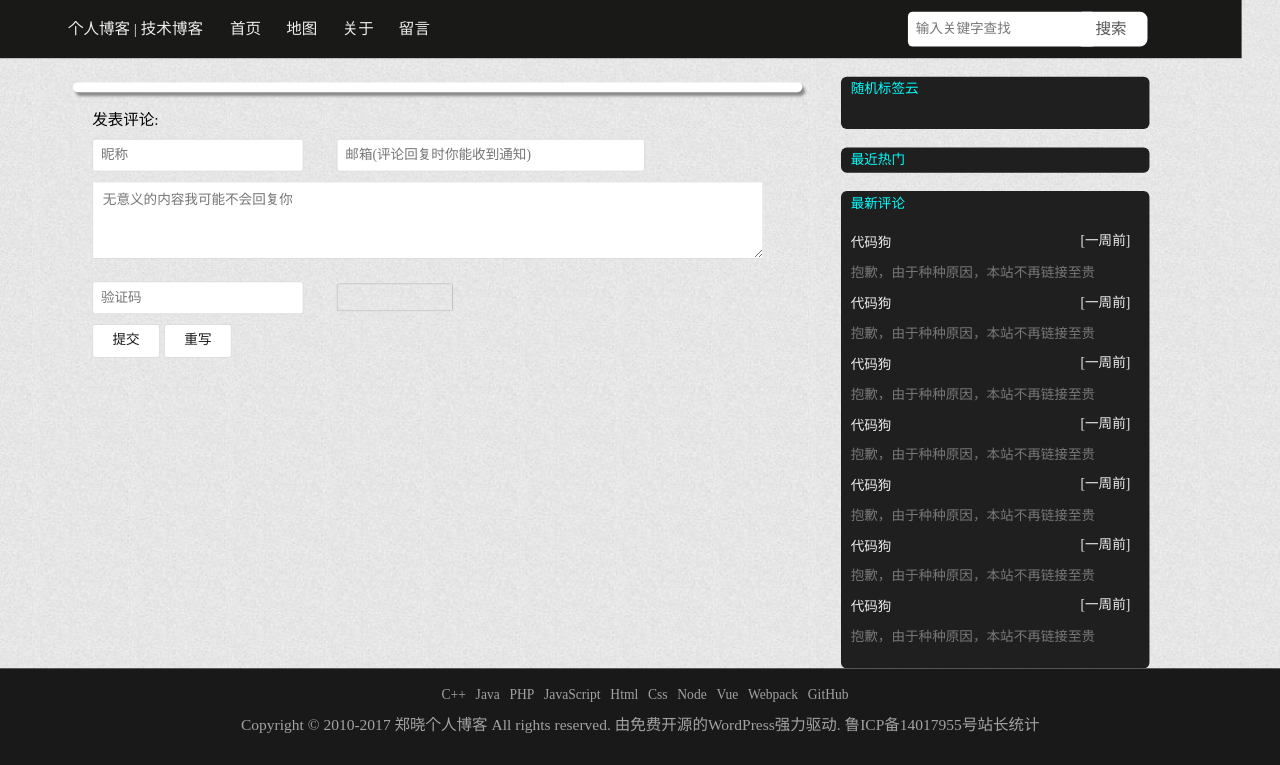
Repository: li1214/my_blog
Page: page/blog.html
The author's editor kept a copy of each file at every save. The page is drawn from the files as they stood at one save, then again after the next save.
The browser window is 1280 px wide. The page is 1320 px wide, so the pictures cover 1320 px, including what lies to the right of the window. The pictures show the whole page, at 97% of full size.
The page's requests for data from a server got no answer.

Above is the page before, as saved 2019-01-09 10:13:01.

### page/blog.html
<!DOCTYPE html>
<html lang="en">

<head>
    <meta charset="UTF-8" />
    <meta name="viewport" content="width=device-width, initial-scale=1.0" />
    <meta http-equiv="X-UA-Compatible" content="ie=edge" />
    <title>个人博客</title>
    <link href="./css/base.css" rel="stylesheet" type="text/css" />
    <link href="./css/blog.css" rel="stylesheet" type="text/css" />
    <script src='./js/vue.js'></script>
    <script src='./js/axios.min.js'></script>
</head>

<body>
    <header>
        <div class="container">
            <a>个人博客 | 技术博客</a>
            <ul>
                <li><a href="">首页</a></li>
                <li><a href="">地图</a></li>
                <li><a href="">关于</a></li>
                <li><a href="">留言</a></li>
            </ul>
            <div class="search">
                <input type="text" placeholder="输入关键字查找" />
                <button>搜索</button>
            </div>
        </div>
    </header>
    <div class="content">
        <div class="content-left">
            <div class="blog">

            </div>
            <div class='subly'>
                <form action="">
                    <span>发表评论:</span>
                    <div>
                        <input type="text" placeholder="昵称">
                        <input type="email" placeholder="邮箱(评论回复时你能收到通知)" style="width:300px;margin-left: 30px;">
                    </div>
                    <textarea placeholder="无意义的内容我可能不会回复你"></textarea>
                    <div>
                        <input type="text" placeholder="验证码">
                        <img class='codeimg' style='margin-left:30px'>
                    </div>
                    <div>
                        <button class='submit'>提交</button>
                        <button class='reset'>重写</button>
                    </div>
                </form>
            </div>
        </div>
        <div class="content-right" id='random_tags'>
            <div class="right-box">
                <h4 :style='{color:color}'>随机标签云</h4>
                <div class="contents">
                    <a v-for='tag in tags' v-bind:style='{color:randomColor(),fontSize:randomSize()}'>{{tag.tag}}</a>
                </div>
            </div>
            <div class="right-box" style="padding-bottom: 0;">
                <h4 :style='{color:color}'>最近热门</h4>
                {{msg}}
                <div class="contents">
                    <ul class="list-group">
                        <li class="list-group-item" v-for='item in hots' :key='item.id'>
                            <a :href="item.link">{{item.title}}</a>
                        </li>

                    </ul>
                </div>
            </div>
            <div class="right-box">
                <h4 :style='{color:color}'>最新评论</h4>
                <div class="contents">
                    <div class='item' v-for='item in comments'>
                        <div class='item-title'>
                            <span>{{item.name}}</span>
                            <span class='spanr'>[{{item.date}}]</span>
                        </div>
                        <p class='item-comtebt'>
                            {{item.text}}
                        </p>
                    </div>

                </div>
            </div>
        </div>
    </div>
    <footer>
        <ul>
            <li>C++</li>
            <li>Java</li>
            <li>PHP</li>
            <li>JavaScript</li>
            <li>Html</li>
            <li>Css</li>
            <li>Node</li>
            <li>Vue</li>
            <li>Webpack</li>
            <li>GitHub</li>
        </ul>
        <p>Copyright © 2010-2017 郑晓个人博客 All rights reserved. 由免费开源的WordPress强力驱动. 鲁ICP备14017955号站长统计</p>
    </footer>
    <script src='./js/base.js'></script>
</body>

</html>

### page/css/base.css
html {line-height: 1.15; /* 1 */-webkit-text-size-adjust: 100%; /* 2 */}
body {margin: 0;}
@font-face{
    font-family: 'myicon';
    src: url('../font/glyphicons-halflings-regular.woff2')
}
ul{padding: 0}
main {
  display: block;
}
h1 {
  font-size: 2em;
  margin: 0.67em 0;
}
hr {
  box-sizing: content-box; /* 1 */
  height: 0; /* 1 */
  overflow: visible; /* 2 */
}
pre {
  font-family: monospace, monospace; /* 1 */
  font-size: 1em; /* 2 */
}
a {
  background-color: transparent;
}
abbr[title] {
  border-bottom: none; /* 1 */
  text-decoration: underline; /* 2 */
  text-decoration: underline dotted; /* 2 */
}
b,
strong {
  font-weight: bolder;
}
code,
kbd,
samp {
  font-family: monospace, monospace; /* 1 */
  font-size: 1em; /* 2 */
}
small {
  font-size: 80%;
}
sub,
sup {
  font-size: 75%;
  line-height: 0;
  position: relative;
  vertical-align: baseline;
}
sub {
  bottom: -0.25em;
}
sup {
  top: -0.5em;
}
img {
  border-style: none;
}
button,
input,
optgroup,
select,
textarea {
  font-family: inherit; /* 1 */
  font-size: 100%; /* 1 */
  line-height: 1.15; /* 1 */
  margin: 0; /* 2 */
}
button,
input { /* 1 */
  overflow: visible;
}
button,
select { /* 1 */
  text-transform: none;
}
button,
[type="button"],
[type="reset"],
[type="submit"] {
  -webkit-appearance: button;
}
button::-moz-focus-inner,
[type="button"]::-moz-focus-inner,
[type="reset"]::-moz-focus-inner,
[type="submit"]::-moz-focus-inner {
  border-style: none;
  padding: 0;
}
button:-moz-focusring,
[type="button"]:-moz-focusring,
[type="reset"]:-moz-focusring,
[type="submit"]:-moz-focusring {
  outline: 1px dotted ButtonText;
}
fieldset {
  padding: 0.35em 0.75em 0.625em;
}
legend {
  box-sizing: border-box; /* 1 */
  color: inherit; /* 2 */
  display: table; /* 1 */
  max-width: 100%; /* 1 */
  padding: 0; /* 3 */
  white-space: normal; /* 1 */
}
progress {
  vertical-align: baseline;
}
textarea {
  overflow: auto;
}

[type="checkbox"],
[type="radio"] {
  box-sizing: border-box; /* 1 */
  padding: 0; /* 2 */
}
[type="number"]::-webkit-inner-spin-button,
[type="number"]::-webkit-outer-spin-button {
  height: auto;
}

[type="search"] {
  -webkit-appearance: textfield; /* 1 */
  outline-offset: -2px; /* 2 */
}

[type="search"]::-webkit-search-decoration {
  -webkit-appearance: none;
}
::-webkit-file-upload-button {
  -webkit-appearance: button; /* 1 */
  font: inherit; /* 2 */
}
details {
  display: block;
}
summary {
  display: list-item;
}
template {
  display: none;
}
[hidden] {
  display: none;
}
a{text-decoration: none;}
/* ========================================================== css reset ========================================================== */

body {
    width: 100%;
    height: 100%;
    background-image: url(../image/bg.jpg);
    background-repeat: repeat;
    overflow-x: hidden;
}

header{
    width: 100%;
    height: 60px;
    background-color: #191918;
}
header .container {
    width:1170px;
    height: 100%;
    margin: 0 auto;
}
header .container>a{
    display: block;
    float: left;
    color: #eee;
    line-height: 60px;
    margin: 0 15px;
    font-size: 16px;
}
header .container>ul{
    float: left;
    margin: 0;
    padding: 0;
}
header .container>ul>li{
    display: inline-block;
    float: left;
}
header .container>ul>li a{
    color: #eee;
    display: inline-block;
    height: 60px;
    width: 58px;
    line-height: 60px;
    text-align: center;
}
header .container .search{
    float: right;
    height: 100%;
    position: relative;
    right: 117px;
}
header .container .search>input{
    display: inline-block;
    position: absolute;
    height: 26px;
    padding: 5px 8px;
    border-radius: 5px;
    border:none;
    outline: none;
    font-size: 14px;
    margin-top: 12px;
    left: -172px;
}
header .container .search > button{
    outline: none;
    display: inline-block;
    position: absolute;
    width: 75px;
    height: 36px;
    padding: 5px 10px;
    border-radius: 8px;
    margin-top: 12px;
    cursor: pointer;
    color: #555;
    background-color: white;
    border: none;
}
/* ============================================================== header end ===================================================================== */
.content {
    width: 1170px;
    margin: 0 auto;
    position: relative;
    overflow: hidden;
}
.content .content-left{
    float: left;
    width: 66%;
    box-sizing: border-box;
    padding: 0 20px;
}
.content .content-right{
    float: right;
    width: 34%;
    box-sizing: border-box;
}
.right-box{
    background-color: #1f1f1f;
    margin-top: 20px;
    width: 80%;
    margin: 0 auto;
    box-sizing: border-box;
    border-radius: 6px;
    padding-bottom: 10px;
}
.right-box>h4 {
    color: #f4f4f4;
    font-weight: normal;
    padding: 5px 10px;
    font-size: 14px;
}
.right-box .contents{
    color: #eee;
    padding: 0 10px 0px 10px;
}
/* .right-box .contents a::after{
    display: block;
    content: '';
    overflow: hidden;
    clear: both;
    position: absolute;
} */
.right-box .contents>a{
    display: inline-block;
}
.right-box .contents li{
    width: 100%;
    list-style: none;
    white-space:nowrap;
    overflow: hidden;
   text-overflow: ellipsis;
    border-top:1px solid #555;
}
.right-box .contents li a{
    font-size: 14px;
    display: inline-block;
    color: #eee;
    padding: 10px 0;
    transition: color 0.5s;
}
.right-box .contents li a:hover{
  color: #337ab7;
}
.right-box .item .item-title{position: relative;}
.right-box .item .item-title span{display: inline-block;font-size: 14px;font-weight: normal;}
.right-box .item .item-title span.spanr{
    position: absolute;
    right: 10px;
}
.right-box .item > p{color: #777;font-size: 14px;transition: color 0.5s;cursor: pointer;}
.right-box .item > p:hover{color: #337ab7}


/* =====================================================================  footer start ================================================================= */

footer{
    width: 100%;
    height: 60px;
    background: #191919;
    text-align: center;
    padding: 20px;
}
footer ul{
    display: inline-block;
    margin:  0 auto;
    text-align: center;
}
footer ul li{
    display: inline-block;
    color: #a2a2a2;
    float: left;
    font-size: 14px;
    margin-left: 10px;
    cursor: pointer;
    text-align: center;
}
footer p {
    margin-top: 10px;
    color: #a2a2a2;
}
/* ================================================================= 发布留言的样式 ================================================================== */
.subly{
  width: 100%;
  box-sizing: border-box;
  padding: 20px;
  margin-bottom: 20px;
}
.subly input{
  border-radius: 3px;
  padding: 8px 8px;
  outline: none;
  border:1px solid #ddd;
  font-size: 14px;
  width: 200px;;
}
.subly button{
  background-color: #fff;
  color: #191919;
  padding: 8px 20px;
  outline: none;
  border: 1px solid #ddd;
  border-radius: 3px;
  font-size: 14px;
  cursor: pointer;
  transition: color 0.5s;
}
.subly button:hover{background-color: #ddd;}
.subly textarea{
  display: inline-block;
  width: 100%;
  box-sizing: border-box;
  min-height: 80px;
  border:1px solid #ddd;
  padding: 10px;
  font-size: 14px;
}
.subly > form > div{
  margin: 10px 0;
}
.subly .codeimg{
    width: 120px;
    height: 29.5px;
    position: relative;
    top: 10px;
    border-radius: 3px;
}

### page/css/blog.css
.blog{
    background-color: white;
    text-align: left;
    width: 100%;
    border-radius: 6px;
    padding: 5px 10px;
    box-shadow: 3px 4px 3px #888;
    margin-top: 25px;
}

### page/js/base.js
var randomTags = new Vue({
  el: "#random_tags",
  data() {
    return {
      tags: [],
      hots: [],
      comments: [
        {
          id: 1,
          name: "代码狗",
          text: "抱歉，由于种种原因，本站不再链接至贵",
          date: "一周前"
        },
        {
          id: 2,
          name: "代码狗",
          text: "抱歉，由于种种原因，本站不再链接至贵",
          date: "一周前"
        },
        {
          id: 3,
          name: "代码狗",
          text: "抱歉，由于种种原因，本站不再链接至贵",
          date: "一周前"
        },
        {
          id: 4,
          name: "代码狗",
          text: "抱歉，由于种种原因，本站不再链接至贵",
          date: "一周前"
        },
        {
          id: 5,
          name: "代码狗",
          text: "抱歉，由于种种原因，本站不再链接至贵",
          date: "一周前"
        },
        {
          id: 6,
          name: "代码狗",
          text: "抱歉，由于种种原因，本站不再链接至贵",
          date: "一周前"
        },
        {
          id: 7,
          name: "代码狗",
          text: "抱歉，由于种种原因，本站不再链接至贵",
          date: "一周前"
        }
      ],
      c_a: 0,
      color: "rgb(0,255,255)",
      timer: null
    };
  },
  created() {
    this.getHots();
    this.getTags();
  },
  computed: {
    randomColor() {
      return function() {
        var red = Math.random() * 255 + 50;
        var green = Math.random() * 255 + 50;
        var blue = Math.random() * 255 + 50;
        var a = Math.random();
        return "rgba(" + red + " ," + green + "," + blue + ")";
      };
    },
    randomSize() {
      return function() {
        return Math.random() * 20 + 12 + "px";
      };
    }
  },
  methods: {
    getHots () {
      axios.get("/getHotBlog").then(res => {
        if (res.status == 200) {
          var data = res.data.data;
          for (var i in data) {
            data[i]['link'] = './blog.html?id=' + data[i]['id']
          }
          this.hots = data;
        }
      });
    },
    getTags () {
      axios.get("/selectRandomTag").then(res => {
        if (res.status == 200) {
          this.tags = res.data.data
        }
      });
    },
    changeColor() {
      this.c_a += 10;
      if (this.c_a > 255) {
        this.c_a = 0;
      }
      this.color = `rgba(${this.c_a},255,255)`;
    }
  }
});

Loaded but not shown: page/js/vue.js (library); page/js/axios.min.js (library)

After the next save:
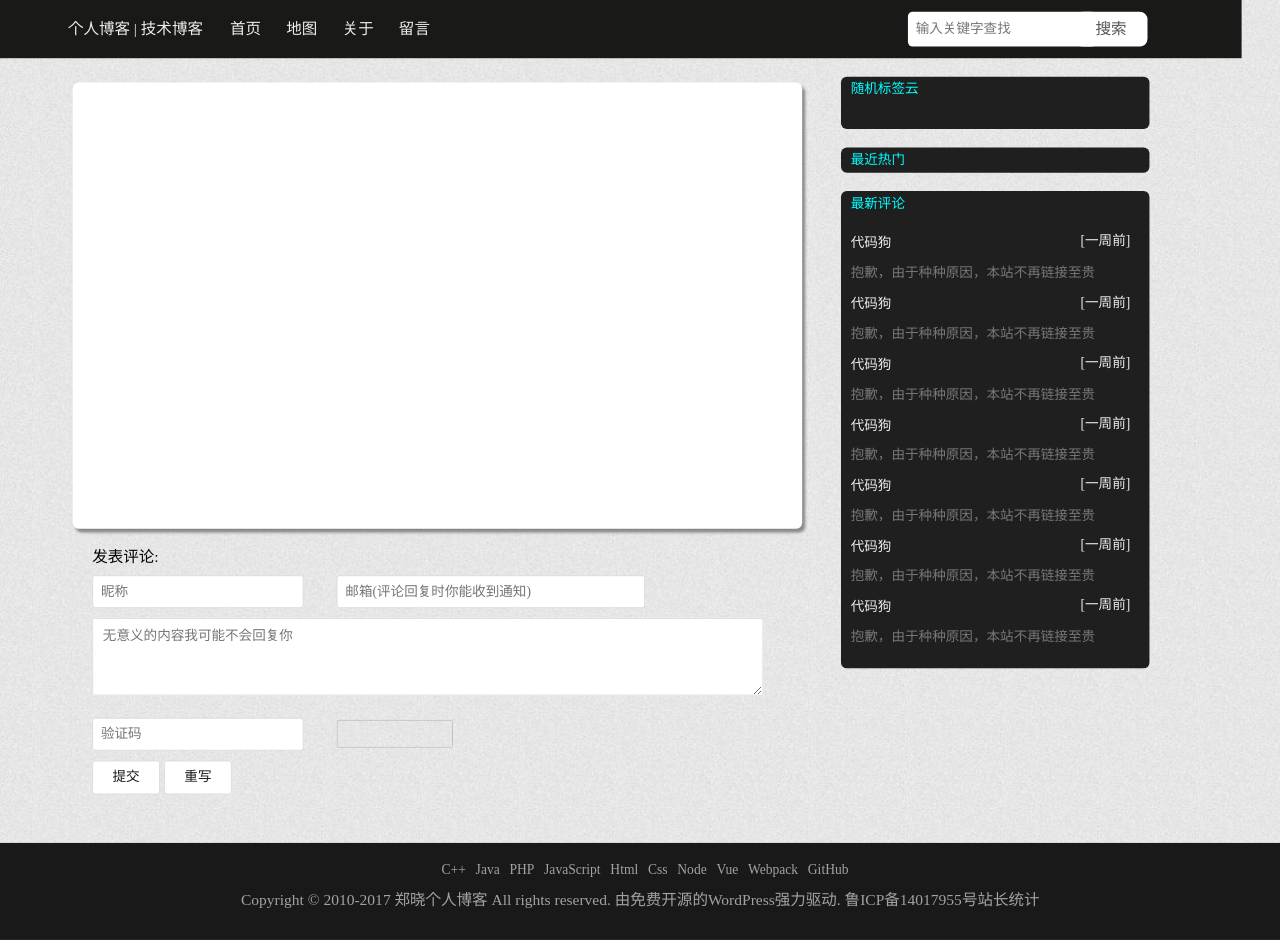
Saved 8 s later.
--- a/page/css/blog.css
+++ b/page/css/blog.css
@@ -6,4 +6,5 @@
     padding: 5px 10px;
     box-shadow: 3px 4px 3px #888;
     margin-top: 25px;
+    min-height: 450px;
 }
